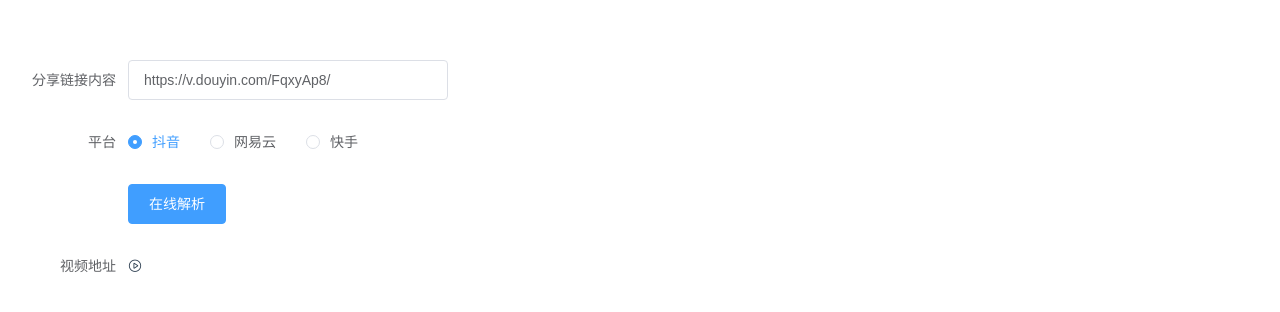
Repository: lyln/freepd
Page: / (app in frontend/freepd/)
These files come from the project's save history. The page is drawn as it stood at one moment and after the next save; the edit follows.
The browser window is 1280 px wide. The pictures show the whole page.
The project was rebuilt for these pictures with package versions that can differ from the ones it lists, and the page was loaded fresh each time.

Above is the page before, as saved 2022-05-24 09:07:35.

### frontend/freepd/index.html
<!DOCTYPE html>
<html>
  <head>
    <meta charset="utf-8">
    <meta name="viewport" content="width=device-width,initial-scale=1.0">
    <title>freepd</title>
  </head>
  <body>
    <div id="app"></div>
    <!-- built files will be auto injected -->
  </body>
</html>

### frontend/freepd/src/main.js
// The Vue build version to load with the `import` command
// (runtime-only or standalone) has been set in webpack.base.conf with an alias.
import Vue from 'vue'
import App from './App'
import router from './router'
import ElementUI from 'element-ui';
import 'element-ui/lib/theme-chalk/index.css';

Vue.config.productionTip = false
Vue.use(ElementUI)

/* eslint-disable no-new */
new Vue({
  el: '#app',
  router,
  components: { App },
  template: '<App/>'
})

### frontend/freepd/src/App.vue
<template>
	<div id="app">
		<router-view />
	</div>
</template>

<script>
export default {
	name: 'App',
}
</script>

<style>
#app {
	font-family: 'Avenir', Helvetica, Arial, sans-serif;
	-webkit-font-smoothing: antialiased;
	-moz-osx-font-smoothing: grayscale;
	text-align: center;
	color: #2c3e50;
	margin-top: 60px;
}
</style>

### frontend/freepd/src/components/HelloWorld.vue
<template>
	<el-container>
		<!-- <el-main style="wide: 80%"> -->
		<el-row>
			<el-col :span="24">
				<div style="text-align: center">

					<el-form ref="form" :model="form" label-width="120px" class="fpd-form">
						<el-form-item label="分享链接内容">
							<el-input v-model="form.url"></el-input>
						</el-form-item>
						<el-form-item label="平台" label-width="120px">
							<el-radio-group v-model="form.type">
								<el-radio :label="1">抖音</el-radio>
								<el-radio :label="2">网易云</el-radio>
								<el-radio :label="3">快手</el-radio>
							</el-radio-group>
						</el-form-item>
						<el-form-item>
							<el-button type="primary" @click="onSubmit">在线解析</el-button>
						</el-form-item>
						<el-form-item label="视频地址">
							<i class="el-icon-video-play"></i>
							<el-link :href="data.video.play" target="_blank">{{ data.title }}</el-link>
							<!-- {{data.video.play }} -->
						</el-form-item>
					</el-form>
				</div>
			</el-col>
		</el-row>
		<!-- </el-main> -->
	</el-container>

</template>
<script>
import axios from 'axios'
export default {
	name: 'HelloWorld',
	data() {
		return {
			msg: 'free parse download',
			form: {
				url: 'https://v.douyin.com/FqxyAp8/',
				type: 1,
			},
			data: {
				video: { play: '' },
				title: '',
			},
		}
	},
	methods: {
		onSubmit() {
			console.log('submit!')
			axios
				.post('http://127.0.0.1:8000/douyin', { url: this.form.url })
				.then((res) => {
					console.log(res.data)
					this.data = res.data
				})
				.catch((err) => {
					console.log('请求失败', err)
				})
		},
	},
}
</script>

<!-- Add "scoped" attribute to limit CSS to this component only -->
<style scoped>
h1,
h2 {
	font-weight: normal;
}
ul {
	list-style-type: none;
	padding: 0;
}
li {
	display: inline-block;
	margin: 0 10px;
}
a {
	color: #42b983;
}
.el-input {
	width: 320px;
}

.fpd-form {
	text-align: left;
}

.text {
	font-size: 14px;
}

.item {
	padding: 18px 0;
}

.box-card {
	width: 480px;
}
</style>

Loaded but not shown: frontend/freepd/src/router/index.js (common file)

After the next save:
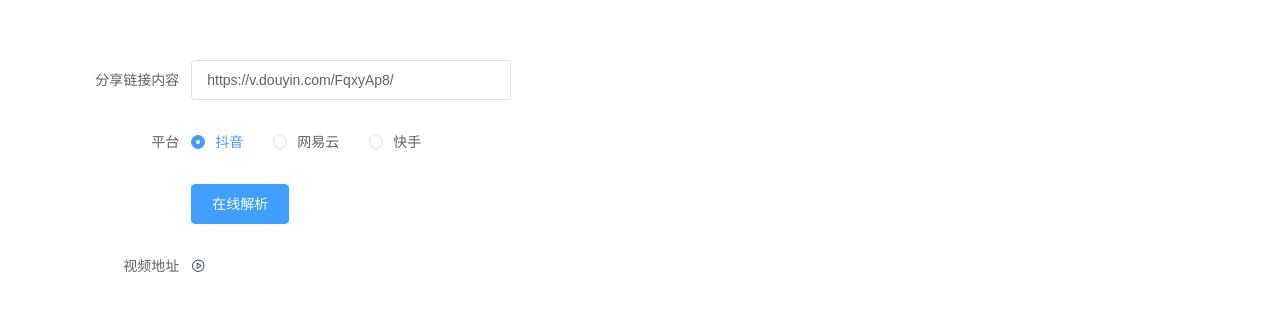
Saved 35 h 16 min later.
--- a/frontend/freepd/src/components/HelloWorld.vue
+++ b/frontend/freepd/src/components/HelloWorld.vue
@@ -1,5 +1,5 @@
 <template>
-	<el-container>
+	<el-container class="wrapper">
 		<!-- <el-main style="wide: 80%"> -->
 		<el-row>
 			<el-col :span="24">
@@ -102,4 +102,10 @@ a {
 .box-card {
 	width: 480px;
 }
+
+.wrapper {
+	margin-left: auto;
+	margin-right: auto;
+	width: 90%;
+}
 </style>
